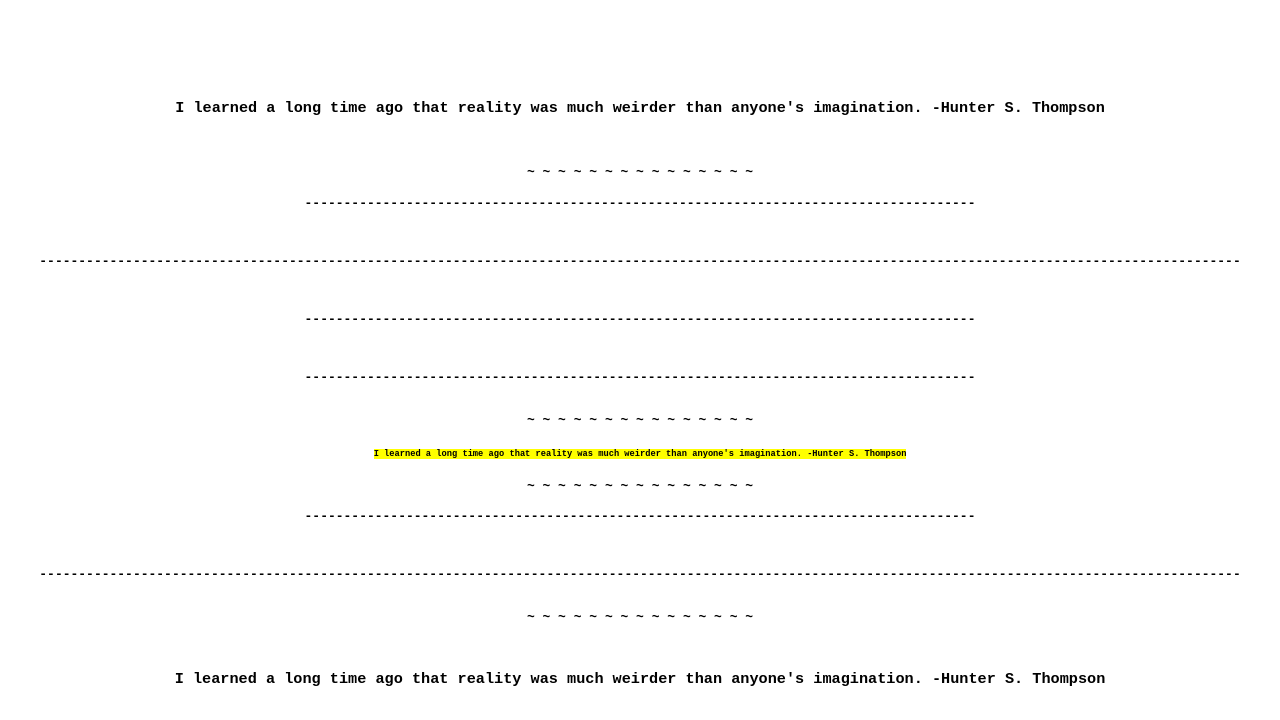
Repository: penas326/penas326.github.io
Page: composition/index.html
The author's editor kept a record of every edit. The page is drawn from the files as they stood at one moment, then again after the next edit.
The browser window is 1280 px wide. The pictures show the whole page.

Above is the page before.

### composition/index.html
  <html>

    <head>
        <title>Composition</title>
    </head>
        <br>
        <br>
        <br>
        <br>
        <strong><h3 align="center"><code>I learned a long time ago that reality was much weirder than anyone's imagination. -Hunter S. Thompson</h3>
    </body>
            <center>
        <br>
        <br>
        <strong>~ ~ ~ ~ ~ ~ ~ ~ ~ ~ ~ ~ ~ ~ ~</strong>
        <br>
        <h3 align="center"></h3><code>--------------------------------------------------------------------------------------</p>
        <br>
        <h3 align="center"></h3><code>----------------------------------------------------------------------------------------------------------------------------------------------------------</p>
        <br>
         <h3 align="center"></h3><code>--------------------------------------------------------------------------------------</p>
         <br>
        <h3 align="center"></h3><code>--------------------------------------------------------------------------------------</p>

        <br>
        <strong>~ ~ ~ ~ ~ ~ ~ ~ ~ ~ ~ ~ ~ ~ ~</strong>
        </center>
         </head>
        <strong><h6 align="center"><code><mark>I learned a long time ago that reality was much weirder than anyone's imagination. -Hunter S. Thompson</h6>
               <center>
        <strong>~ ~ ~ ~ ~ ~ ~ ~ ~ ~ ~ ~ ~ ~ ~</strong>
        <br>
        <h3 align="center"></h3><code>--------------------------------------------------------------------------------------</p>
        <br>
        <h3 align="center"></h3><code>----------------------------------------------------------------------------------------------------------------------------------------------------------</p>
        <br>
        <strong>~ ~ ~ ~ ~ ~ ~ ~ ~ ~ ~ ~ ~ ~ ~</strong>
        </center>
         </head>
        <br>
        <br>
        <strong><h3 align="center"><code>I learned a long time ago that reality was much weirder than anyone's imagination. -Hunter S. Thompson</h3>
    </body>

</html>

After the next edit:
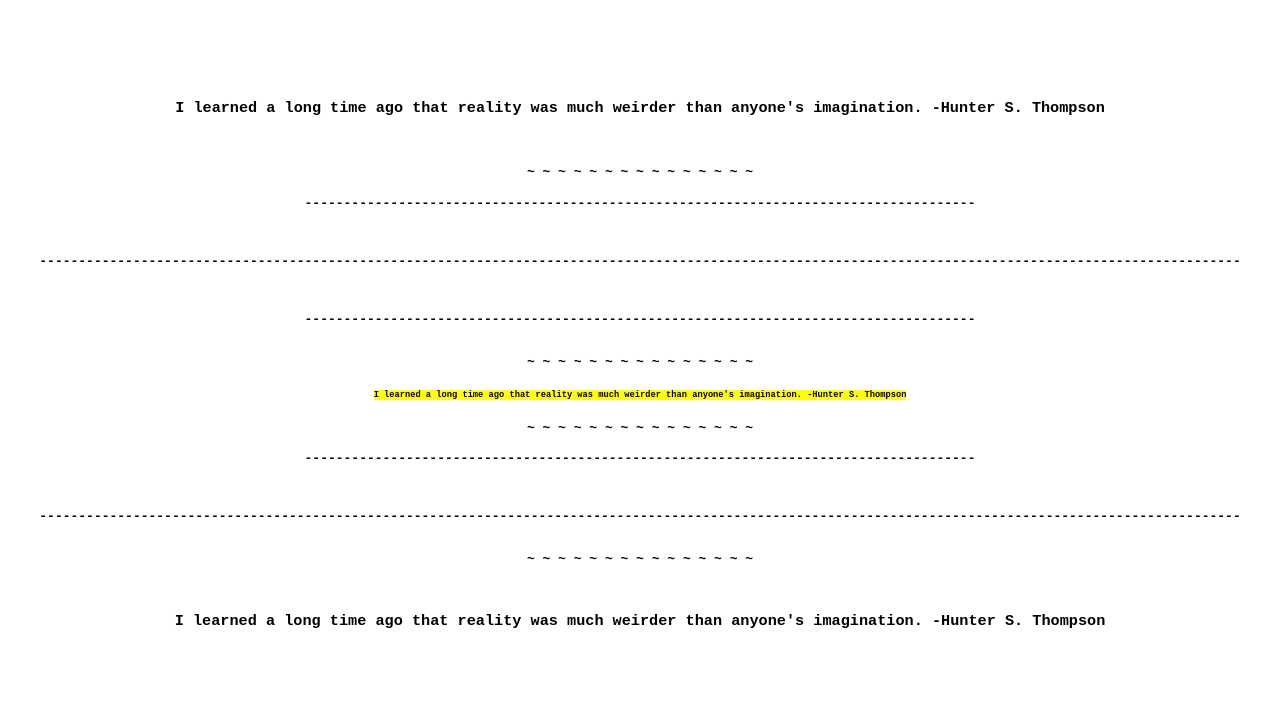
The edit:
--- a/composition/index.html
+++ b/composition/index.html
@@ -19,8 +19,6 @@
         <h3 align="center"></h3><code>----------------------------------------------------------------------------------------------------------------------------------------------------------</p>
         <br>
          <h3 align="center"></h3><code>--------------------------------------------------------------------------------------</p>
-         <br>
-        <h3 align="center"></h3><code>--------------------------------------------------------------------------------------</p>
 
         <br>
         <strong>~ ~ ~ ~ ~ ~ ~ ~ ~ ~ ~ ~ ~ ~ ~</strong>
